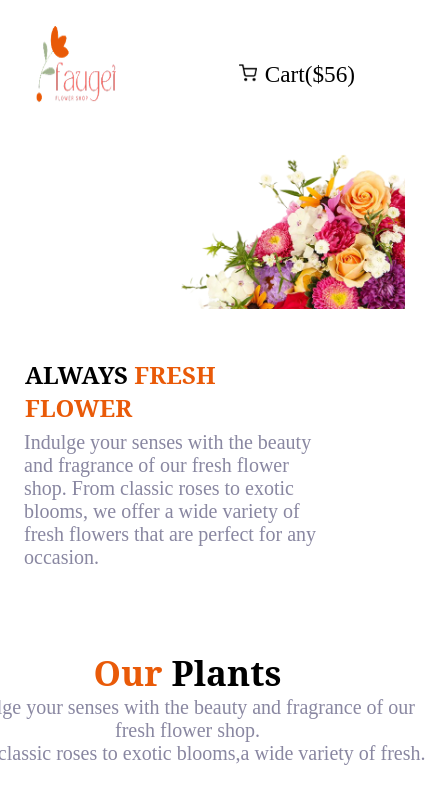
Repository: dollyrakhe22/Flowers-main-website
Page: index.html
These files come from the project's save history. The page is drawn as it stood at one moment and after the next save; the edit follows.
The browser window is 375 px wide. The page is 435 px wide, then 405 px, so the pictures cover 435 px, including what lies to the right of the window. The pictures show the whole page.
Some web libraries are served in a nearby version.

Above is the page before, as saved 2025-07-25 17:14:45.

### index.html
<!DOCTYPE html>
<html lang="en">
<head>
    <meta charset="UTF-8">
    <meta name="viewport" content="width=device-width, initial-scale=1.0">
    <title>Flowers Site</title>
    <link rel="stylesheet" href="style.css">
    <link rel="stylesheet" href="https://cdnjs.cloudflare.com/ajax/libs/font-awesome/7.0.0/css/all.min.css" integrity="sha512-DxV+EoADOkOygM4IR9yXP8Sb2qwgidEmeqAEmDKIOfPRQZOWbXCzLC6vjbZyy0vPisbH2SyW27+ddLVCN+OMzQ==" crossorigin="anonymous" referrerpolicy="no-referrer" />
</head>
<body >
  <!--Header-Section -->
    <header>
           <nav class="nav-bar display-flex">
                <img src="assets/logo.png" alt="" srcset="">

                   <ul class="list-link display-flex ">

                <li class="list-item text-black ">Home</li>
                <li class="list-item text-gray">Shop</li>
                <li class="list-item text-gray">About us</li>
                <li class="shopping"><img src="assets/shopping-cart (1).jpg"id="shopping-card" alt="" srcset=""width="15px" height="15px">Cart($56)</li>
             </ul>
           </nav>
           </header>
   <main>
  <!--Fresh Flowers-->
   <!---->
 <section class="flower-section display-flex">
  <div class="fresh-flower">
   <h1 class="flower-title noto-serif-normal">ALWAYS <span class="primary-color">FRESH<br> FLOWER</span></h1>
   <p class="flower-description text-gray">Indulge your senses with the beauty and fragrance of our fresh flower shop. From classic roses to exotic blooms,
     we offer a wide variety of fresh flowers that are perfect for any occasion.</p>
  </div>
<!---->
  <div class="flower-img">
    <img src="assets/hero-flower.png" alt="" srcset="">
  </div>

 </section>
 <!--Plants-->
<section class="plants-section" >

    <h1 class="plant-title noto-serif-normal"><span class="primary-color">Our</span> Plants</h1>
    <p class="plant-description text-gray">Indulge your senses with the beauty
      and fragrance  of our fresh flower shop. <span style="display: block;"> From classic roses to exotic blooms,a wide variety of fresh.</span>
     </p>

</section>
<!--Plant-Card-Container--
<section >
<div class="card-container">
  <div class="plant-card">
    <img src="assets/sample-flower-image.png" alt="" srcset="">
    <h4 class="lily">Lilly Blossom</h4>
    <p class="price">20 USD</p>
    <button class="btn">ADD TO CART</button>
  </div>
  <div class="plant-card">
    <img src="assets/sample-flower-image.png" alt="" srcset="">
    <h3 class="lily">Lilly Blossom</h3>
    <p class="price">20 USD</p>
    <button class="btn">ADD TO CART</button>
  </div>
  <div class="plant-card">
    <img src="assets/sample-flower-image.png" alt="" srcset="">
    <h3 class="lily">Lilly Blossom</h3>
    <p class="price">20 USD</p>
    <button class="btn">ADD TO CART</button>
  </div>
  <div class="plant-card">
    <img src="assets/sample-flower-image.png" alt="" srcset="">
    <h3 class="lily">Lilly Blossom</h3>
    <p class="price">20 USD</p>
    <button class="btn">ADD TO CART</button>
  </div>

<div class="plant-card">
    <img src="assets/sample-flower-image.png" alt="" srcset="">
    <h3 class="lily">Lilly Blossom</h3>
    <p class="price">20 USD</p>
    <button class="btn">ADD TO CART</button>
  </div>
  <div class="plant-card">
    <img src="assets/sample-flower-image.png" alt="" srcset="">
    <h3 class="lily">Lilly Blossom</h3>
    <p class="price">20 USD</p>
    <button class="btn">ADD TO CART</button>
  </div>
  <div class="plant-card">
    <img src="assets/sample-flower-image.png" alt="" srcset="">
    <h3 class="lily">Lilly Blossom</h3>
    <p class="price">20 USD</p>
    <button class="btn">ADD TO CART</button>
  </div>
  <div class="plant-card">
    <img src="assets/sample-flower-image.png" alt="" srcset="">
    <h3 class="lily">Lilly Blossom</h3>
    <p class="price">20 USD</p>
    <button class="btn">ADD TO CART</button>
  </div>

</div>
</section hidden>
<!--Flowers-Lovers--
<section class="flower-plant display-flex">
  <div class="badge-container">
    <img id="badge" src="assets/trusted-badge.png" alt="" srcset="" >
    <img src="assets/flower-store.png" alt="" srcset="">
  </div>
  <div class="plan-about">
    <h1 class="lover-title noto-serif-normal">Flowers and Plant Lovers</h1>
    <ul class="lover-description">
      <li class="text-gray">Indulge your senses with the beauty and fragrance of our fresh flower shop.
         From classic roses to exotic blooms, we offer a wide variety of fresh.</li>
      <li class="text-gray">Indulge your senses with the beauty and fragrance of our fresh flower shop.
         From classic roses to exotic blooms, we offer a wide variety of fresh.</li>
      <li class="text-gray">Indulge your senses with the beauty and fragrance of our fresh flower shop.
         From classic roses to exotic blooms, we offer a wide variety of fresh.</li>
    </ul>
  </div>
</section>
<!--Latest-Deals--
<section class="latest-section"  hidden>

    <h1 class="latest-title noto-serif-normal"><span class="primary-color">Latest</span> Deals</h1>
    <p class="latest-description text-gray">Indulge your senses with the beauty
      and fragrance  of our fresh flower shop. <span style="display: block;"> From classic roses to exotic blooms,a wide variety of fresh.</span>
     </p>
</section>
<!--Latest-Deals-Box--
 <section class ="latest-box" hidden>
  <div class="row">
    <div class="card" style="background-image:url(assets/deal-bloom.png) " style="background:#C8C8C8;">
        <div class="bloom-text">
          <h4 class="bloom noto-serif-normal">60% Off | Bloom Plant</h4>
         <a href="shop" class="shop">Shop Now</a>

        </div>
      </div>
    <div class="card" style="background-image:url(assets/deal-ana.png)" >
        <div class="bloom-text">
          <h4 class="bloom noto-serif-normal">60% Off | Bloom Plant</h4>
         <a href="shop" class="shop">Shop Now</a>
        </div>

      </div>
  </div>

  <div class="zabo" style="background-image: url(assets/deal-zabo.png);">
  <div class="zabo-text">
    <h1 class="zabo-title noto-serif-normal">25% Off | Zabo Plant</h1>
    <a href="shop" class="zabo-shop">shop Now</a>

  </div>



</div>

 </section>
<!--Search-Section--
<section hidden>
  <div class="branch">

      <h1 class="branch-title noto-serif-normal">Join the colorful Bunch</h1>
       <div class="wrapper">
      <div class="input-data display-flex">
    <input type="text" name="" id="" placeholder="Write email">

    <button class="search-button">Subscribe</button>

      </div>
  </div>
  </div>
</section>

<!--Footer --
<div class="footer display-flex" hidden>
<div class="footer-section">
 <img src="assets/logo.png" alt="" srcset="">
 <p class="text-gray footer-description">Indulge your senses with the
  <br>beauty and fragrance of our fresh <br>flower shop. </p>
</div class="display-flex">


<div class="footer-list">
  <ul>
   <li class="footer-link text-gray" >Home</li>
   <li class="footer-link text-gray">About us</li>
   <li class="footer-link text-gray">Blog</li>
   <li class="footer-link text-gray">FAQ</li>
   <li class="footer-link text-gray">Contact Us</li>

  </ul>
</div>
<div class="footer-list display-flex icon-list">
<div class=" list">
  <ul>
    <li class="footer-link text-gray">Feature</li>
    <li class="footer-link text-gray">Pricing</li>
    <li class="footer-link text-gray">Privacy Of Policy</li>
    <li class="footer-link text-gray">Terms Of Service</li>
    <li class="footer-link text-gray">Help Center</li>
  </ul>

      <span class="social-icon">
      <img src="assets/icon-linkedin.png" alt="" srcset="" width="30px" height="30px" >
    <img src="assets/icon-twitter.png" alt="" srcset=""  width="30px" height="30px" >
    <img src="assets/icon-facebook.png" alt="" srcset="" width="30px" height="30px" >
    <img src="assets/icon-youtube.png" alt="" srcset="" width="30px" height="30px">
      </span>
  </div>
















</div>



    </main>
    <footer>

    </footer>
</body>
</html>

### style.css
@import url('https://fonts.googleapis.com/css2?family=Noto+Serif:ital,wght@0,100..900;1,100..900&display=swap');

*{
    box-sizing: border-box;
    margin: 0;
    padding: 0;
}

.noto-serif-normal{
  font-family: "Noto Serif", serif;
  font-optical-sizing: auto;
  font-style: normal;

}
/*shared style*/
.display-flex{
    display: flex;
}
/*black*/
.text-black{
    color:#252432;
    font-weight: bold;
}
/*dark 02*/
.text-gray{
    color: #8987A1;
}
.primary-color{
    color:#E95A08;
}
/*navbar start*/
.nav-bar{
   justify-content: space-between;
   margin: 20px auto;
   max-width: 1250px;


}
.list-link{
    justify-items: center;
    justify-content: center;
    align-items: center;



}
nav ul li{
    list-style: none;
    margin-right: 30px;
}
#shopping-card{
    margin-right: 8px;
}
/*Fresh Flower*/
.fresh-flower{
    margin-top: 70px;
}
.flower-section{
    max-width: 100%;
   margin: 140px;
   gap: 10px;
}
.flower-title{
      font-size: 3.75rem;
}
.flower-description{
    font-size: 1.25rem;
    margin-top: 20px;
}
/*Plants*/
.plants-section{
  justify-items: center;

}
.plant-title{
    font-size: 2.18rem;
    font-weight: 700;
}
.plant-description{
    font-size: 1.25rem;
    margin-top: 15px;
   text-align: center;

}
/*Plant-Card-Container*/

.card-container{
    max-width: 1150px;
    margin: 45px auto;
    display: grid;
    grid-template-columns: repeat(4,1fr);
    gap: 5px;
}
.plant-card {
    align-items: center;
    justify-items: center;
}
.lily{
    font-size: 1rem;
    font-weight:200;
    margin-top: 10px;
}
.price{
    font-size: 1.06rem;
    font-weight: bold;
    margin-top: 10px;
}
.btn{
   background-color: #E95A08;
   color:white;
   width: 270px;
   height: 33px;
   border: none;
   margin-top: 16px;
   margin-bottom: 12px;
}
/*Flowers and Lover*/
#badge{
    width: 240px;
    height:240px;
    margin-left: 443px;
    margin-bottom: -122px;
    position: relative;

}
.badge-container{
    margin-top: -147px;
}




.flower-plant{
   max-width: 100%;
    margin: 170px 160px ;
     width: 1250px;

}
.plan-about{
    margin-left: -5px;
    width: 300px;
    margin-right: 268px;
    justify-content: center;
    justify-items: center;


}


.flower-plant img{
    width: 590px;
    height: 450px;
}
.lover-title{
    font-size: 50px;
    width: 470px;
    margin-top: -12px;
    margin-left: 124px;
}
.lover-description{
    font-size: 1.25rem;
    margin-top: 30px;
    margin: 21px;
    width: 400px;
}
.lover-description{
     margin-left: 118px;
}
/*latest-Deals*/
.latest-section{
  justify-items: center;


}
.latest-title{
    font-size: 2.18rem;
    font-weight: 700;
    margin-top: -75px;
}
.latest-description{
    font-size: 1.25rem;
    margin-top: 15px;
   text-align: center;

}

/*Latest-Deals-Box*/
.bloom{
    color: white;
    font-size: 1.2rem;

}
   a{
     color:white;
     font-size: 0.8rem;

}
/*
.zabo-font{
    color:white;
    padding: 180px;
    margin-left: 43px;

}
*/
.zabo-title{
    color: white;
    font-size: 2.06rem;
    font-weight: 700;

}
.card{
   background-repeat: no-repeat;


}
.card {
    text-align: center;
    justify-items: center;
    width: 360px;
    height:163px;
    margin-bottom: 19px;
    margin-left: -105px;
    border-radius: 10px;

}
.zabo {
     background-repeat: no-repeat;
     width: 750px;
     height: 345px;
     margin-left: 20px;
     border-radius: 10px;
}


.row{
   display: grid;
 grid-template-columns: repeat(1,1fr);


}
.zabo-text {
    padding: 180px;
    margin-top:-42px;

}
.zabo-shop{
    font-size: 2rem;
    margin-left:105px;
    font-weight: 800;
}
.bloom-text{
   padding: 65px;
}
.shop{
    font-size: 1.3rem;
    margin-left:10px;
}
.latest-box{
    display: flex;
    margin: 50px 267px;
    width: 1140%;
}
/*Search Section*/
.branch{
    background-image: url(assets/news-letter-bg.png);
    margin-bottom: 50px;
    width: 1490px;
    height:398px;
    background-size: cover;
    text-align: center;
    padding: 170px;

}
.input-data{
   justify-content: center;
}

.branch-title{
    font-size: 2.18rem;
    color: white;
}
.wrapper{
    padding: 22px;

}
.input-data{
    height: 39px;
}
input{
    width: 540px;
}
.search-button{
    background-color:#E95A08;
    color: white;
    border: none;
    width: 130px;
}
/*Footer*/
.footer{
   max-width: 100%;
   margin-bottom: 50px;

}
.footer-section{
    margin: 6px 80px;

}
.footer-description{
    font-size: 1.25rem;
    margin-top: 20px;
}
.footer-list{
    margin: 60px;
    margin-left: 100px;
}
.icon-list{
    display: flex ;
    justify-content: center;

}
.list{
         display: inline-flex;
         gap: 10px;

         margin-left: 110px;
}
.social-icon{
    margin-left: 120px;
}
.footer-list ul li{
       list-style: none;
}
.footer-link{
    line-height: 40px;
    font-size: 1.125rem;
}
.social-icon img{
    margin-right: 25px;
}



/*Responsive media query*/
/*Mobile device */
@media screen and (max-width:576px){
    .nav-bar{
        max-width: 100%;
        margin: 24px auto;
        margin-left: 36px;
    }
    nav img{
        width:80px;
        height: 80px;
    }
   .list-link{
     flex-direction: column;
     align-items: center;
   }
   .list-item{
    display: none;
   }
   .shopping{
       font-size: 1.45rem;
        margin-top: 25px;
        margin-right: 20px;
   }
   li img{
    width: 18px;
    height: 18px;
    max-width: 100%;

   }
   li{
       margin-bottom: 5px;
       margin-top: 50px;
   }
  .flower-section {
       flex-direction: column-reverse;
       margin-top: 40px;

  }
  .flower-img img{
    max-width: 265px;
    margin-left: px;


  }
  .flower-title{
    font-size:1.50rem;
    margin: -35px  0px  -13px -115px;
  }
  .flower-description{
    margin-right: -101px;
    margin-left: -116px;
  }

/*Fresh Flower End*/

.plants-section{
  margin-left: -20px;
    margin: -60px;

}
.plant-description{
       margin:0;
       padding:0;


}
}
/*plant section end*
.card-container{
    grid-template-columns: repeat(2,1fr);
    margin-top: 115px;
     max-width: 1150px;
    margin: 45px auto;
}
.plant-card img{
    max-width:300px;
   width: 210px;
   height: 225px;
   margin-top: 50px;
   margin-left: 20px;


}
  .btn{

   width: 200px;
   height: 52px;
   margin-top: 8px;
   margin-bottom: -30px;
   margin-left: 21px;

}
.lily,.price{

}

}

After the next save:
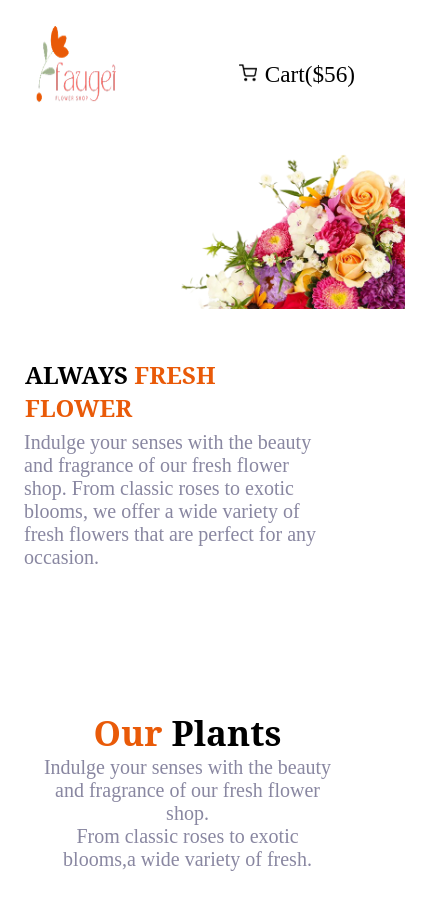
Saved 7 min 45 s later.
--- a/style.css
+++ b/style.css
@@ -398,9 +398,7 @@ input{
 /*Fresh Flower End*/
 
 .plants-section{
-  margin-left: -20px;
-    margin: -60px;
-
+  margin: 40px;
 }
 .plant-description{
        margin:0;
